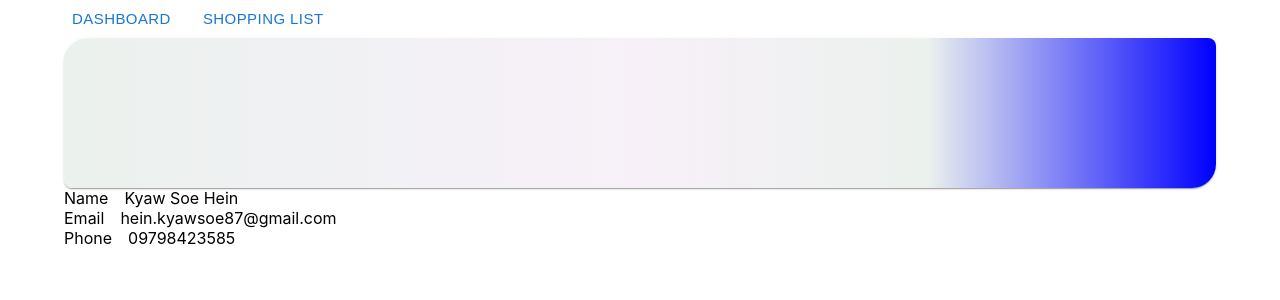
Repository: KyawSoeHein/GoogleAuthReact
Page: /
An editor plug-in stored every save of this project. The page is shown before and after the next save, followed by the edit.
The browser window is 1280 px wide. The pictures show the whole page.
The project was rebuilt for these pictures with package versions that can differ from the ones it lists, and the page was loaded fresh each time. Also part of the build but not shown: src/App.css.

Above is the page before, as saved 2022-02-14 19:29:00.

After the next save:
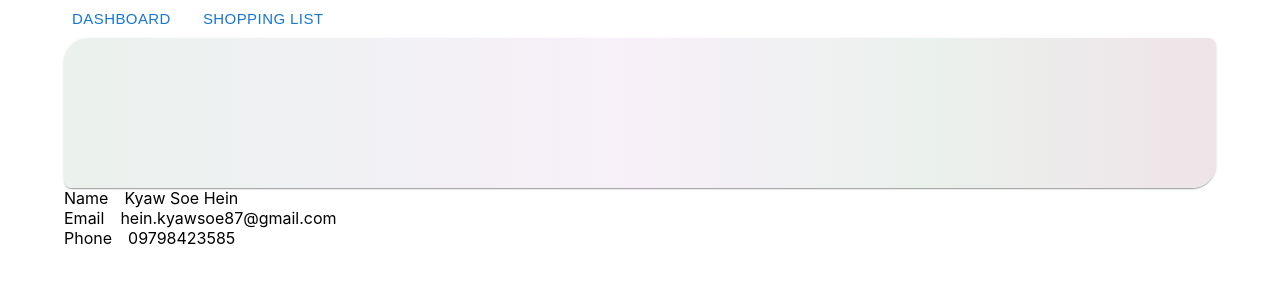
Saved 21 s later.
--- a/src/Components/CoverAndProfilePhoto.tsx
+++ b/src/Components/CoverAndProfilePhoto.tsx
@@ -13,7 +13,7 @@ const CoverAndProfilePhoto = () => {
         borderBottomLeftRadius: 8,
         borderBottomRightRadius: 24,
         background:
-          "linear-gradient(to right, rgb(235,241,237), rgb(241,241,244), rgb(247,240,248), rgb(235,241,237), blue)",
+          "linear-gradient(to right, rgb(235,241,237), rgb(241,241,244), rgb(247,240,248), rgb(235,241,237), rgb(238,228,232))",
       }}
     ></Paper>
   );
